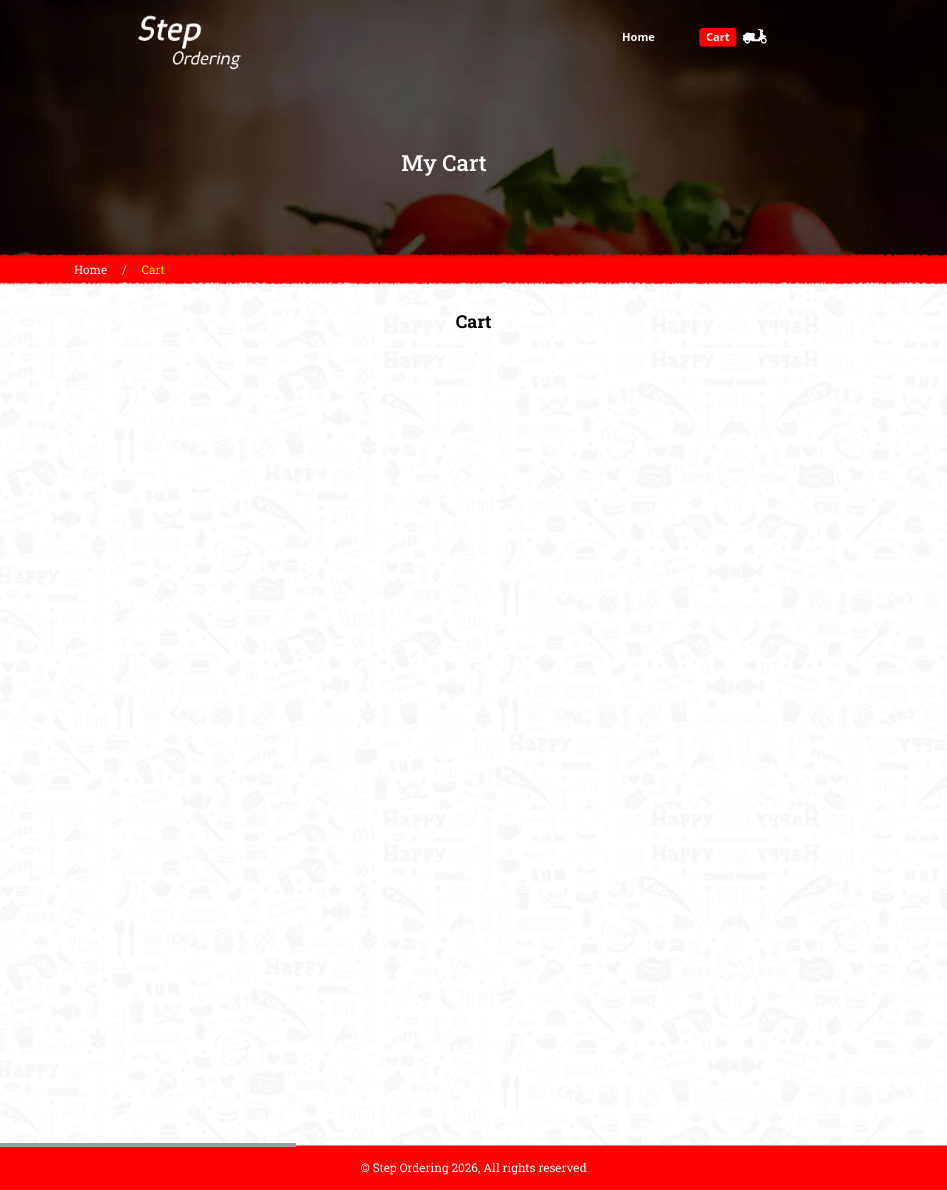
Repository: anastasia29-step/OnlineRestaurant
Page: cart/cart.html
The author's editor kept a copy of each file at every save. The page is drawn from the files as they stood at one save, then again after the next save.
The browser window is 1280 px wide. The pictures show the whole page, at 74% of full size.
Pictures or frames that could not be fetched are drawn as grey boxes. The page's requests for data from a server got no answer. Some web libraries are served in a nearby version.

Above is the page before, as saved 2026-03-12 18:17:29.

### cart/cart.html
<!DOCTYPE html>
<html lang="en">

<head>
    <meta charset="UTF-8">
    <meta name="viewport" content="width=device-width, initial-scale=1.0">
    <title>Document</title>
    <link rel="stylesheet" href="../style.css">
    <link rel="stylesheet" href="./cart.css">
    <link rel="preconnect" href="https://fonts.googleapis.com">
    <link rel="preconnect" href="https://fonts.gstatic.com" crossorigin>
    <link href="https://fonts.googleapis.com/css2?family=Roboto+Slab:wght@100..900&display=swap" rel="stylesheet">
    <link rel="stylesheet" href="https://cdnjs.cloudflare.com/ajax/libs/font-awesome/7.0.1/css/all.min.css"
        integrity="sha512-2SwdPD6INVrV/lHTZbO2nodKhrnDdJK9/kg2XD1r9uGqPo1cUbujc+IYdlYdEErWNu69gVcYgdxlmVmzTWnetw=="
        crossorigin="anonymous" referrerpolicy="no-referrer" />
</head>

<body>
    <section class="FirstLine">

        <div class="beside" id="navbar">
            <div class="left">
                <a href="../index.html"><img src="../photo/logo.png" alt=""></a>
            </div>

            <div class="right">
                <a href="../index.html">Home</a>
                <a href="./cart.html" class="a">Cart</a>
                <a href="./cart.html">
                    <img src="../photo/istockphoto-609074524-612x612 Background Removed.png" alt=""></a>
            </div>
        </div>

        <div class="bottom">
            <h1>My Cart</h1>
        </div>

    </section>

    <div class="fisrtimg">
        <img src="../photo/border.png" alt="" class="firBorder">
    </div>

    <section class="SecondLine">
        <a href="../index.html">Home</a>
        <p>/</p>
        <a href="./cart.html">Cart</a>
    </section>

    <div class="secondimg">
        <img src="../photo/border.png" alt="" class="firBorder">
    </div>

    <section class="thirdsection">
        <h1>Cart</h1>
    </section>

    <section class="fourthsection">
        <p></p>
    </section>

    <ul class="kalataList"></ul>

    <footer>
        <p>© Step Ordering 2026, All rights reserved</p>
    </footer>

    <script src="./cart.js"></script>
</body>

</html>

### style.css
* {
    margin: 0;
    padding: 0;
    box-sizing: border-box;
}

.section {
    display: flex;
    flex-direction: column;
    justify-content: center;
    align-items: center;
    padding: 60px;
    gap: 10px;
}

section.section img {
    width: 80%;
    height: 5px;
    display: flex;
    justify-content: center;
    align-items: center;
}

.section h1 {
    font-style: bold;
    font-family: "Roboto Slab", serif;
    font-weight: 900;
}

ul {
    display: flex;
    justify-content: center;
    height: 80px;
    flex-wrap: wrap;
    list-style: none;
    font-weight: 400;
    gap: 18px;
    font-family: system-ui, -apple-system, BlinkMacSystemFont, 'Segoe UI', Roboto, Oxygen, Ubuntu, Cantarell, 'Open Sans', 'Helvetica Neue', sans-serif;
    align-items: center;
    margin-bottom: -12px;
}

ul::after {
    content: "";
    display: block;
    height: 6px;
    background-image: url("border.png");
    background-repeat: repeat-x;
    background-position: bottom;
}

.FirstLine {
    height: 48vh;
    background-image: url(./photo/inner_banner.jpg);
    background-position: center;
    background-repeat: no-repeat;
    background-size: cover;
    padding-left: 170px;
    padding-top: 20px;
}
.beside {
    position: fixed;
    top: 0;
    left: 0;
    width: 100%;
    display: flex;
    justify-content: space-between;
    padding: 20px 170px;
    transition: 0.3s;
    z-index: 1000;
}
.beside.active {
    background: rgba(0, 0, 0, 0.8);
}

.beside.active::after {
    content: "";
    position: absolute;
    bottom: 0;
    left: 0;
    width: 100%;
    height: 100px;
    background-image: url("photo/border.png");
    background-position: bottom;
    background-repeat: repeat-x;
    z-index: -1;
    pointer-events: none;
}

.beside .right {
    display: flex;
    gap: 20px;
    padding-right: 60px;
    padding-top: 20px;
}

.FirstLine .right :first-child:hover {
    color: #FFCC00;
}

.beside .right a {
    text-decoration: none;
    color: white;
    font-family: system-ui, -apple-system, BlinkMacSystemFont, 'Segoe UI', Roboto, Oxygen, Ubuntu, Cantarell, 'Open Sans', 'Helvetica Neue', sans-serif;
    font-size: 15px;
    font-weight: 700;
    cursor: pointer;
}

.beside .right .a {
    background-color: red;
    width: 50px;
    height: 25px;
    padding-top: 2px;
    text-align: center;
    border-radius: 5px;
    margin-top: -2px;
    margin-left: 40px;
}

.beside .right .a:hover+a img {
    transform: translateX(50px);
}

.beside .right img {
    width: 60px;
    margin-top: -21px;
    margin-left: -25px;
    transition: transform 3.0s;
}

.FirstLine .bottom h1 {
    text-align: center;
    color: white;
    margin-top: 180px;
    margin-right: 250px;
    font-size: 30px;
    font-weight: 500;
    font-family: "Roboto Slab", serif;
}

.section h1 {
    font-weight: 500;
    font-size: 35px;
}

ul li {
    height: 100%;
    font-size: 20px;
    cursor: pointer;
    transition: 0.5s;
    display: flex;
    flex-wrap: wrap;
    justify-content: center;
    align-items: center;
    padding: 5px;
    position: relative;
}

ul li:hover {
    background-color: red;
    color: white;
    position: relative;

}

ul li:hover::after {
    position: absolute;
    left: 0;
    right: 0;
    top: -4px;
    margin: auto;
    content: "";
    background: url(https://restaurant.stepprojects.ge/images/copyright_border.png);
    width: 100%;
    height: 6px;
    background-repeat: no-repeat;
}

ul li:hover::before {
    position: absolute;
    content: "";
    left: -4px;
    bottom: 0;
    top: 0;
    margin: auto;
    background: url(/photo/hover_Vbg.png);
    width: 6px;
}

.sectionCard {
    display: flex;
    width: 100%;
    padding: 60px;
    margin-top: -140px;
    justify-content: center;
    gap: 60px;
    /* gap: 40px;
    align-items: start; */
}

.leftSide {
    width: 300px;
    width: 30%;
    padding: 40px;
    margin-left: 50px;
    position: relative;
}

.filteredCard {
    width: 250px;
    height: 390px;
    display: flex;
    flex-direction: column;
    justify-content: space-between;
    align-items: center;
    padding: 20px;
    padding-bottom: 20px;
    background-color: #F1F1F1;
    border: 1px solid rgb(174, 172, 172);
    border-radius: 5px;
    font-family: system-ui, -apple-system, BlinkMacSystemFont, 'Segoe UI', Roboto, Oxygen, Ubuntu, Cantarell, 'Open Sans', 'Helvetica Neue', sans-serif;
    font-size: 18px;
    margin-left: 50px;
}
.filteredCard p {
    margin-top: -5px;
    margin-bottom: 10px;
    font-size: 15px;
}

.first {
    display: flex;
    width: 100%;
    justify-content: space-between;
}

.next {
    display: flex;
    align-items: center;
    text-align: center;
    width: 200px;
    height: 40px;
    gap: 10px;
    margin-top: -30px;
    margin-bottom: -10px;
}

.next .check {
    width: 20px;
    height: 20px;
    cursor: pointer;
    appearance: none;
    border: 2px solid grey;
    border-radius: 2px;
}

.next .check:checked {
    background-color: red;
    border: 2px solid red;
}

.next .check:checked::after {
    content: "✔";
    color: white;
    font-size: 14px;
    display: flex;
    justify-content: center;
    align-items: center;
}

.check:hover {
    border: 2px solid black;
}

.next p {
    font-size: 15px;
    margin-top: 5px;
}

.filteredCard button {
    height: 45px;
    width: 210px;
    background-color: #FF0000;
    color: white;
    border: none;
    border-radius: 5px;
    cursor: pointer;
    transition: 0.5s;
    font-size: 16px;
    font-family: system-ui, -apple-system, BlinkMacSystemFont, 'Segoe UI', Roboto, Oxygen, Ubuntu, Cantarell, 'Open Sans', 'Helvetica Neue', sans-serif;
    font-weight: 800;
}

.reset {
    margin-bottom: 25px;
}

.range {
    width: 90%;
    appearance: none;
    -webkit-appearance: none;
    margin-top: -40px;
}

.range::-webkit-slider-runnable-track {
    height: 10px;
    background: #FF0000;
    border-radius: 10px;
}

.range::-webkit-slider-thumb {
    appearance: none;
    -webkit-appearance: none;
    width: 20px;
    height: 20px;
    background-color: white;
    border-radius: 50%;
    border: 1px solid grey;
    cursor: pointer;
    margin-top: -6px;
}

.range::-moz-range-track {
    height: 6px;
    background-color: red;
    border-radius: 10px;
}

.range::-moz-range-thumb {
    width: 18px;
    height: 18px;
    background-color: white;
    border-radius: 50%;
    cursor: pointer;
}


.filteredCard button:hover {
    background-color: #FFCC00;
}

.rightSide {
    display: flex;
    justify-content: center;
    flex-wrap: wrap;
    padding: 40px;
    gap: 25px;
    margin-left: -150px;
}

.card {
    width: 250px;
    height: 420px;
    display: flex;
    flex-direction: column;
    align-items: center;
    justify-content: space-between;
    padding-bottom: 15px;
    border: 2px solid #CFCFCF;
    border-radius: 17px;
    cursor: pointer;
    transition: 0.5s;
    position: relative;
}

.card:hover {
    box-shadow: 0 0 20px black;
}

.card img {
    width: 100%;
    height: 202px;
    object-fit: cover;
    margin-top: -2px;
    border-top-left-radius: 17px;
    border-top-right-radius: 17px;
    background-color: #CFCFCF;
}

.card h1 {
    font-size: 20px;
    font-family: system-ui, -apple-system, BlinkMacSystemFont, 'Segoe UI', Roboto, Oxygen, Ubuntu, Cantarell, 'Open Sans', 'Helvetica Neue', sans-serif;
}

.sides {
    display: flex;
    justify-content: center;
    gap: 7px;
}

.checks {
    display: flex;
    gap: 3px;
}

.card .bottom {
    width: 100%;
    padding: 10px;
    display: flex;
    justify-content: space-between;
    align-items: center;
}

.card .bottom button {
    height: 38px;
    width: 104px;
    display: flex;
    justify-content: center;
    align-items: center;
    border: 2px double rgb(26, 26, 26);
    background-color: transparent;
    transition: 0.5s;
    cursor: pointer;
    position: relative;
}

.card .bottom button::before {
    content: "";
    top: -3px;
    left: -4px;
    position: absolute;
    background: url(/photo/bt_border.png);
    width: 108px;
    height: 42px;
}

.card .bottom button:hover {
    background-color: #FF0000;
    color: white;
    border: none;
}

.card .bottom button:hover::before {
    content: "";
    top: -3px;
    left: -4px;
    position: absolute;
    background: url(/photo/bt_hoverborder.png);
    width: 108px;
    height: 42px;
}

footer {
    background-color: #FF0000;
    height: 60px;
    width: 1200px;
    display: flex;
    justify-content: center;
    align-items: center;
    text-align: center;
    color: white;
    position: relative;
    float: left;
    width: 100%;
    padding: 18px;

}

footer::after {
    position: absolute;
    left: 0;
    right: 0;
    top: -4px;
    margin: auto;
    content: "";
    background: url(https://restaurant.stepprojects.ge/images/copyright_border.png);
    width: 100%;
    height: 6px;
    background-repeat: no-repeat;
}

### cart/cart.css
* {
    margin: 0;
    padding: 0;
    box-sizing: border-box;
    font-family: "Roboto Slab", serif;
}

body {
    background-image: url(../photo/cart_bg.jpg);
    background-position: center;
    background-size: contain;
}

section.SecondLine {
    background-color: #FF0000;
    height: 35px;
    display: flex;
    width: 100%;
    gap: 20px;
    padding-left: 100px;
    align-items: center;
    color: white;
    margin-top: -7px;
}

section.SecondLine a {
    text-decoration: none;
    color: white;
}

section.SecondLine a:nth-child(3) {
    color: yellow;
}

.fisrtimg {
    margin-top: -14px;
}

.fisrtimg img {
    width: 100%;
    height: 7px;
}

.secondimg {
    margin-top: -14px;

}

.secondimg img {
    width: 100%;
    height: 7px;
}

.thirdsection {
    display: flex;
    justify-content: center;
    align-items: center;
    margin: 30px;
}

.kalataList {
    display: flex;
    flex-direction: column;
}

li {
    /* box-shadow: 0 0 5px black;
    display: grid;
    grid-template-columns: 1fr 2fr 1fr 1fr 1fr 1fr;
    grid-auto-rows: 70px;
    align-items: center;
    padding-inline: 40px;
    justify-content: space-between;
    font-family: 'Gill Sans', 'Gill Sans MT', Calibri, 'Trebuchet MS', sans-serif; */
}


li img {
    width: 50px;
    height: 50px;
}

li h3 button {
    width: 30px;
    height: 30px;
}


li > button {
    background-color: red;
    width: 60px;
    height: 50px;
    display: block;
    margin: auto;
}



footer {
    margin-top: 1000px;
}

### cart/cart.js
let kalataList = document.querySelector("kalataList")
function getAllCart() {
    fetch("https://restaurant.stepprojects.ge/api/Baskets/GetAll")
        .then(pasuxi => pasuxi.json())
        .then(data => data.forEach((item) => kalataList.innerHTML += list(item)))
}
getAllCart()
function list(item) {
    return `<li>
            <img src="${item.product.image}" alt="">
            <h3>${item.product.name}</h3>
            <h3><button onclick="increase(${item.quantity}, ${item.product.id}, ${item.price})">+</button> ${item.quantity}  <button>-</button> </h3>
            <h3> ${item.price} ₾ </h3>
            <h3> ${item.quantity * item.price} ₾ </h3>
            <button>X</button>
        </li>`
}
function increase (quantity, id, price){
    quantity++
    let info = {
        quantity: quantity,
        price: price,
        productId: id
    }
    kalataList.innerHTML = ""
    fetch("https://restaurant.stepprojects.ge/api/Baskets/UpdateBasket",{
        method: "PUT",
        headers: {
            accept: "*/*",
            "Content-Type": "application/json"
        },
        body: JSON.stringify(info)
    }).then(pasuxi => pasuxi.json())
    .then(() => getAllCart())
    console.log("blbajkbxjka");

}

let nav = document.getElementById("navbar")
window.addEventListener("scroll", function () {

    if (window.scrollY > 50) {
        nav.classList.add("active")
    } else {
        nav.classList.remove("active")
    }

})

After the next save:
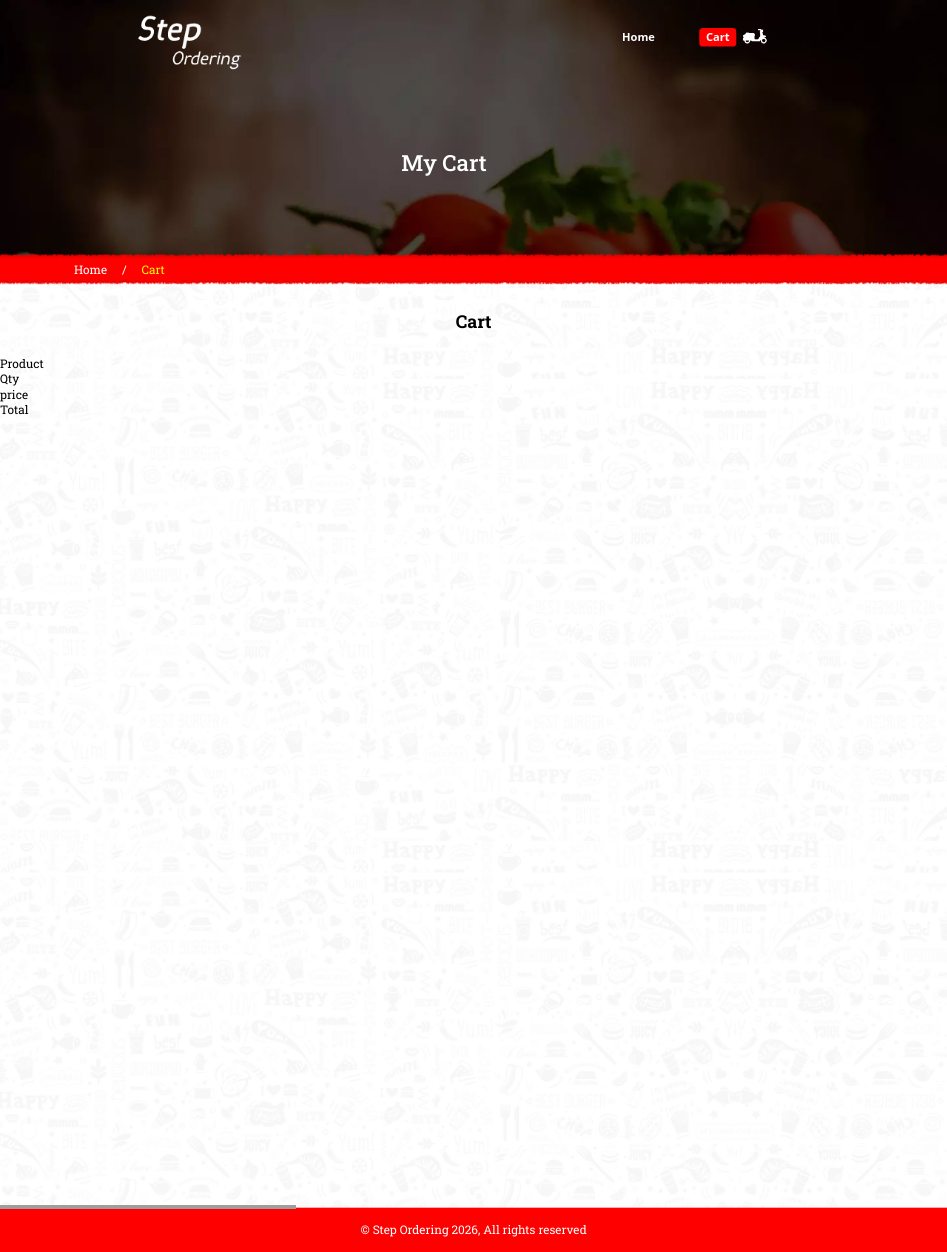
Saved 45 s later.
--- a/cart/cart.html
+++ b/cart/cart.html
@@ -56,7 +56,12 @@
     </section>
 
     <section class="fourthsection">
-        <p></p>
+        <p>Product</p>
+        <div class="right">
+            <p>Qty</p>
+            <p>price</p>
+            <p>Total</p>
+        </div>
     </section>
 
     <ul class="kalataList"></ul>
